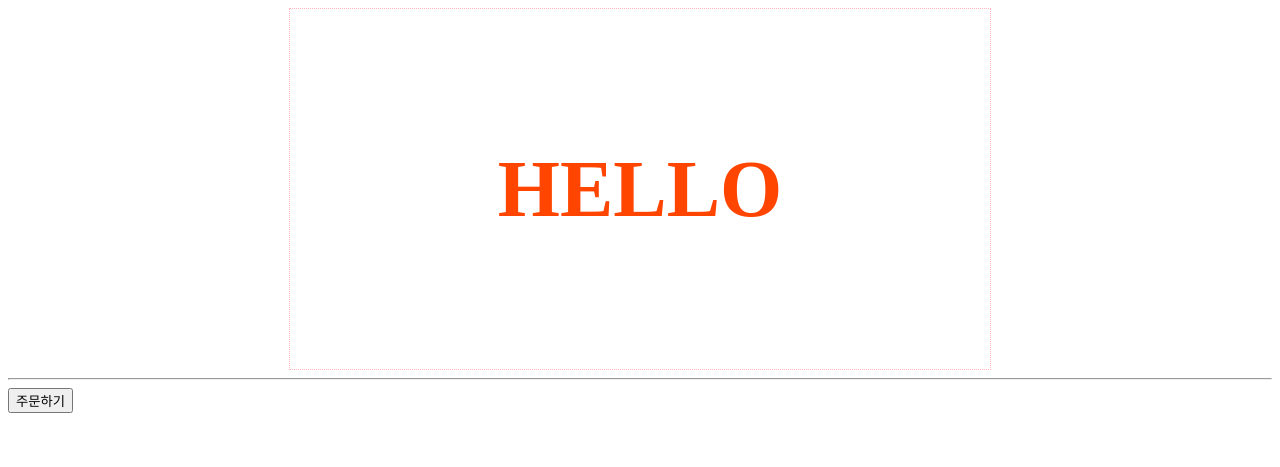
Repository: whgdkfk/web-workspace
Page: BurgerKingProject/src/main/webapp/index.html
The author's editor kept a copy of each file at every save. The page is drawn from the files as they stood at one save, then again after the next save.
The browser window is 1280 px wide. The pictures show the whole page.

Above is the page before, as saved 2025-03-07 07:20:02.

### BurgerKingProject/src/main/webapp/index.html
<!DOCTYPE html>
<html>
<head>
<meta charset="UTF-8">
<title>Insert title here</title>
<style>
	h1 {
		color: orangered;
		text-align: center;
		font-size: 80px;
		width: 700px;
		height: 360px;
		border: 1px dotted lightpink;
		margin: auto;
		line-height: 360px;
	}
</style>
</head>
<body>
	<h1>HELLO</h1>

	<hr>

	<button>주문하기</button>
</body>
</html>

After the next save:
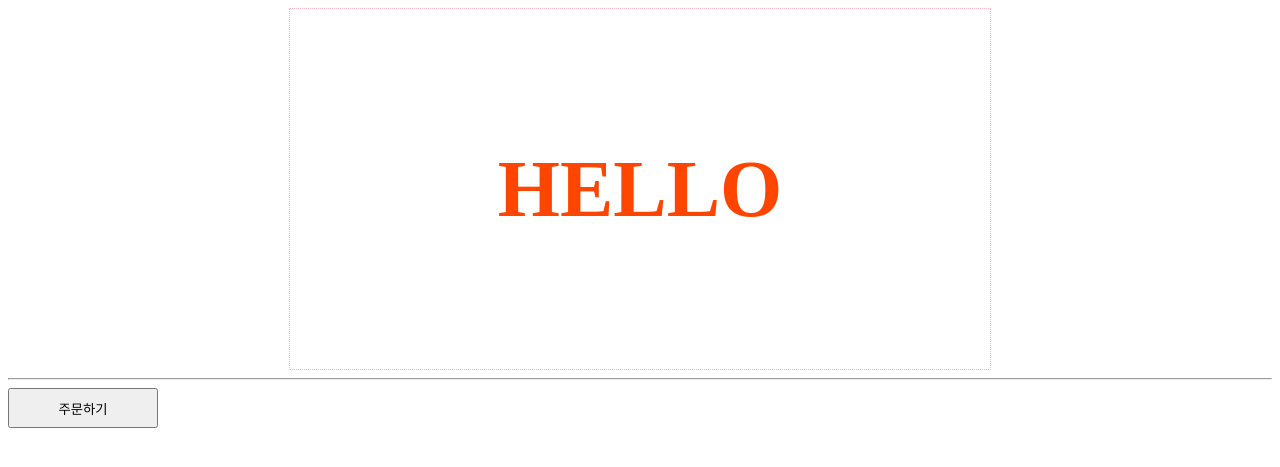
Saved 24 s later.
--- a/BurgerKingProject/src/main/webapp/index.html
+++ b/BurgerKingProject/src/main/webapp/index.html
@@ -14,6 +14,11 @@
 		margin: auto;
 		line-height: 360px;
 	}
+
+	button {
+		width: 150px;
+		height: 40px;
+	}
 </style>
 </head>
 <body>
